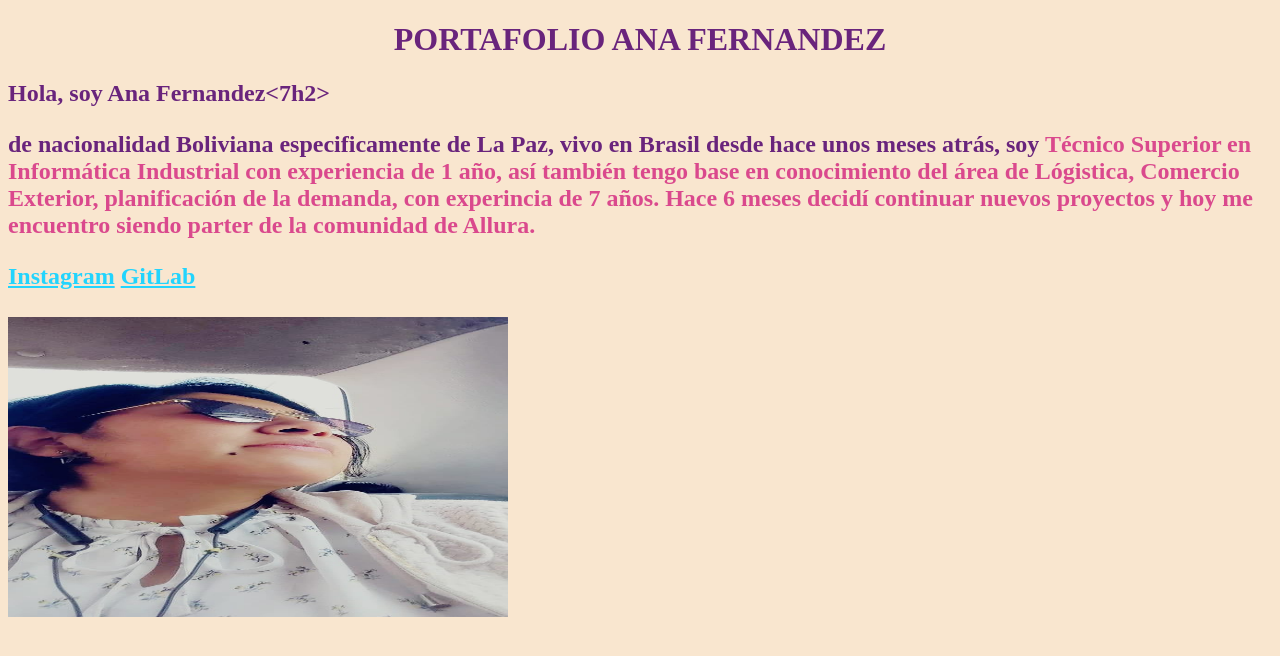
Repository: AnaFzCz/PROYECTOS-HTML---CSS2
Page: Portafolio/index.html
These files come from the project's save history. The page is drawn as it stood at one moment and after the next save; the edit follows.
The browser window is 1280 px wide. The pictures show the whole page.

Above is the page before, as saved 2025-01-23 06:44:27.

After the next save:
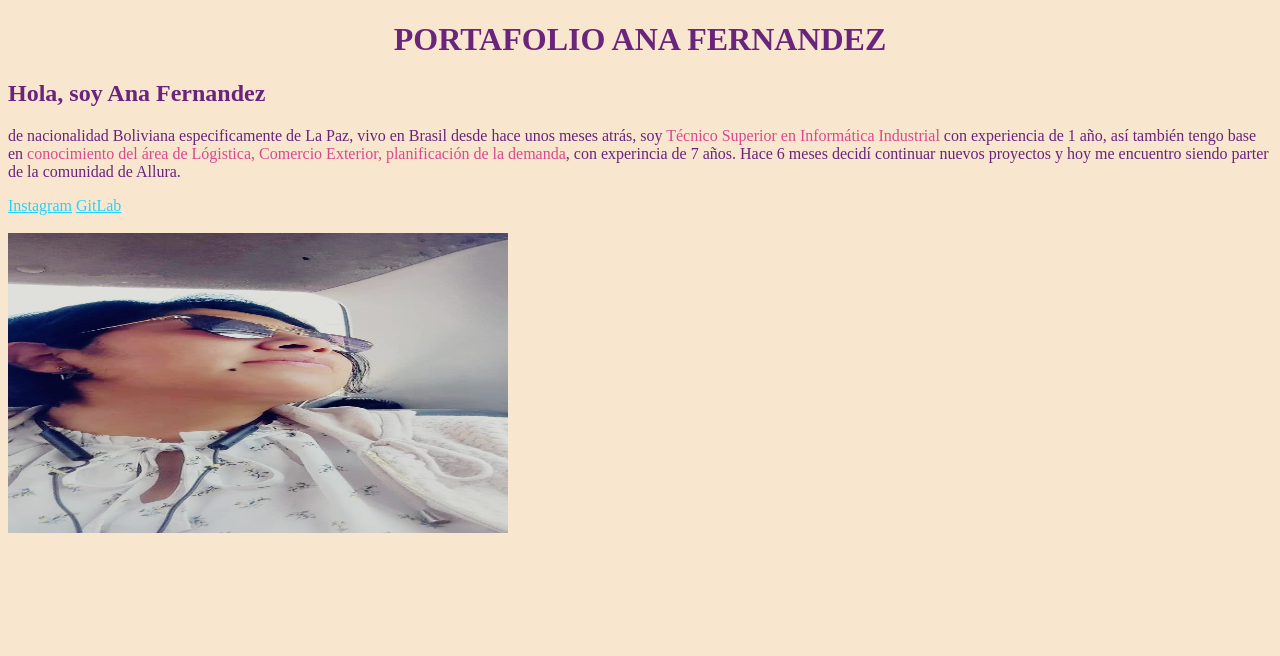
Saved 108 s later.
--- a/Portafolio/index.html
+++ b/Portafolio/index.html
@@ -13,7 +13,7 @@
     </header>
     <main>
         <h1 style="text-align: center;">PORTAFOLIO ANA FERNANDEZ</h1>
-        <h2>Hola, soy Ana Fernandez<7h2><p>de nacionalidad Boliviana especificamente de La Paz, vivo en Brasil desde hace unos meses atrás, soy <span>Técnico Superior en Informática Industrial<span></span> con experiencia de 1 año, así también tengo base en <span>conocimiento del área de Lógistica, Comercio Exterior, planificación de la demanda</span>, con experincia de 7 años. Hace 6 meses decidí continuar nuevos proyectos y hoy me encuentro siendo parter de la comunidad de Allura.</p>
+        <h2>Hola, soy Ana Fernandez</h2><p>de nacionalidad Boliviana especificamente de La Paz, vivo en Brasil desde hace unos meses atrás, soy <span>Técnico Superior en Informática Industrial</span> con experiencia de 1 año, así también tengo base en <span>conocimiento del área de Lógistica, Comercio Exterior, planificación de la demanda</span>, con experincia de 7 años. Hace 6 meses decidí continuar nuevos proyectos y hoy me encuentro siendo parter de la comunidad de Allura.</p>
             <div >
         <a href="https://instagram.com/anafzcz">Instagram</a>
         <a href="https://github.com/AnaFzCz">GitLab</a>
